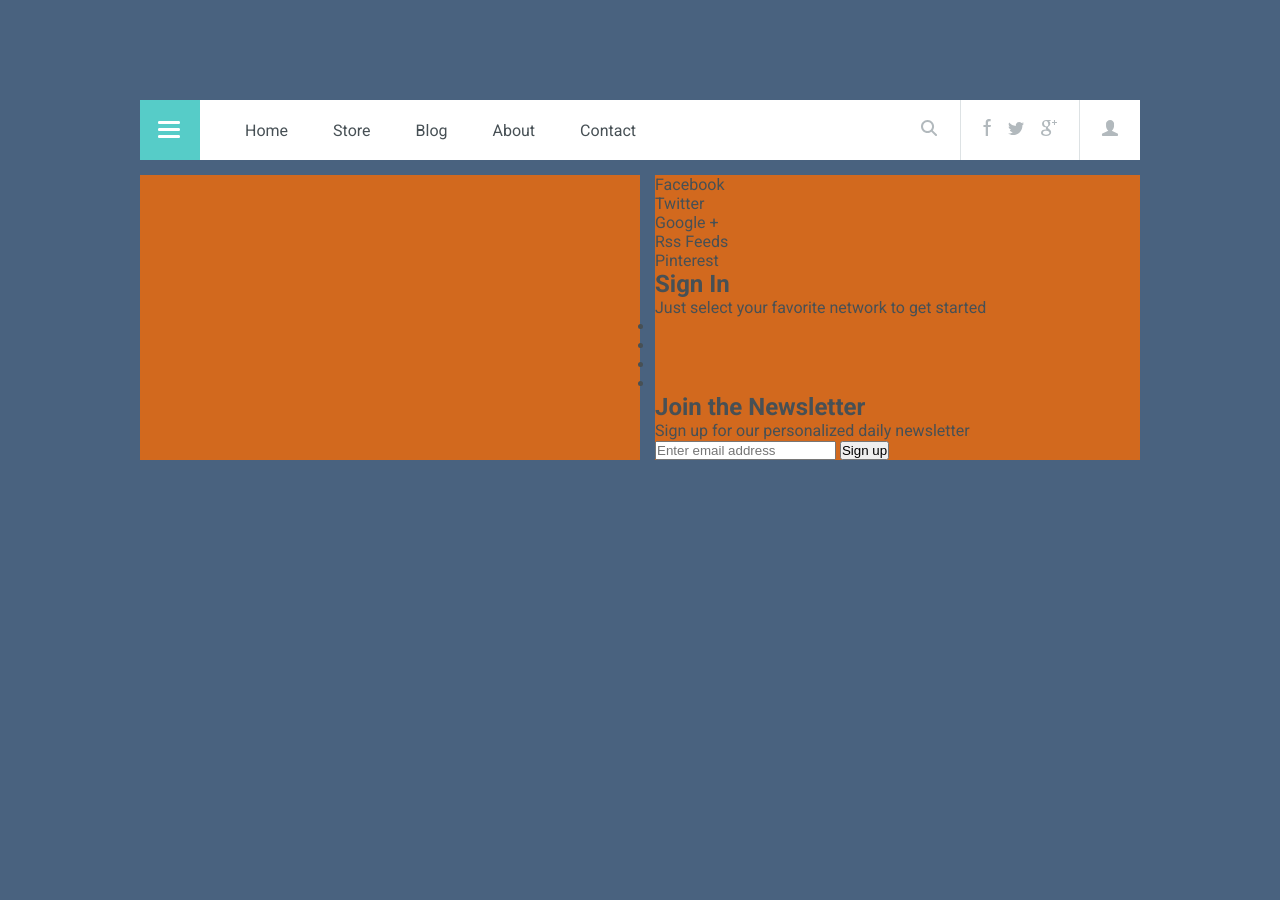
Repository: pawelczubak/WeeklyWebDevChallenge
Page: Challenge_4/index.html
The author's editor kept a copy of each file at every save. The page is drawn from the files as they stood at one save, then again after the next save.
The browser window is 1280 px wide. The pictures show the whole page.
Some web libraries are served in a nearby version.

Above is the page before, as saved 2020-04-27 19:58:23.

### Challenge_4/index.html
<!DOCTYPE html>
<html lang="en">

<head>
    <meta charset="UTF-8">
    <meta name="viewport" content="width=device-width, initial-scale=1.0">

    <title>Weekly WebDev Challenge - 4</title>

    <link href="https://fonts.googleapis.com/css2?family=Roboto:wght@300;400;700&display=swap" rel="stylesheet">
    <script src="https://kit.fontawesome.com/f64caa1a2c.js" crossorigin="anonymous"></script>

    <meta name="viewport" content="width = device-width, initial-scale=1, user-scalable=yes">
    <link rel="stylesheet" href="css/main.css">
</head>

<body>
    <div class="container">
        <!--  -----  NAVIGATION START  -----  -->
        <nav class="nav">
            <div class="nav-button">

                <svg xmlns="http://www.w3.org/2000/svg" xmlns:xlink="http://www.w3.org/1999/xlink" width="0.24in"
                    height="0.18in">
                    <path fill-rule="evenodd" fill="rgb(255, 255, 255)"
                        d="M20.653,17.008 L1.347,17.008 C0.603,17.008 -0.000,16.417 -0.000,15.690 L-0.000,15.372 C-0.000,14.644 0.603,14.055 1.347,14.055 L20.653,14.055 C21.397,14.055 22.000,14.644 22.000,15.372 L22.000,15.690 C22.000,16.417 21.397,17.008 20.653,17.008 ZM20.653,9.980 L1.347,9.980 C0.603,9.980 -0.000,9.390 -0.000,8.662 L-0.000,8.344 C-0.000,7.617 0.603,7.027 1.347,7.027 L20.653,7.027 C21.397,7.027 22.000,7.617 22.000,8.344 L22.000,8.662 C22.000,9.390 21.397,9.980 20.653,9.980 ZM20.653,2.952 L1.347,2.952 C0.603,2.952 -0.000,2.362 -0.000,1.635 L-0.000,1.317 C-0.000,0.589 0.603,-0.001 1.347,-0.001 L20.653,-0.001 C21.397,-0.001 22.000,0.589 22.000,1.317 L22.000,1.635 C22.000,2.362 21.397,2.952 20.653,2.952 Z" />
                </svg>

            </div>
            <ul class="nav-list">
                <li class="nav-list__item"><a href="#" class="nav-list__link">Home</a></li>
                <li class="nav-list__item"><a href="#" class="nav-list__link">Store</a></li>
                <li class="nav-list__item"><a href="#" class="nav-list__link">Blog</a></li>
                <li class="nav-list__item"><a href="#" class="nav-list__link">About</a></li>
                <li class="nav-list__item"><a href="#" class="nav-list__link">Contact</a></li>
            </ul>
            <div class="nav-icons">
                <div class="nav-icons__search">
                    <a href="#" class="nav-link__icon">
                        <svg xmlns="http://www.w3.org/2000/svg" xmlns:xlink="http://www.w3.org/1999/xlink"
                            width="0.18in" height="0.17in">
                            <path class="nav-icons__svg" fill-rule="evenodd" fill="rgb(178, 185, 189)"
                                d="M15.728,14.309 L11.786,10.388 C12.600,9.303 13.088,7.963 13.088,6.504 C13.088,2.908 10.157,-0.006 6.541,-0.006 C2.926,-0.006 -0.005,2.908 -0.005,6.504 C-0.005,10.100 2.926,13.014 6.541,13.014 C7.963,13.014 9.275,12.558 10.349,11.793 L14.304,15.726 C14.697,16.117 15.335,16.117 15.728,15.726 C16.121,15.335 16.121,14.700 15.728,14.309 ZM6.541,11.011 C4.038,11.011 2.009,8.994 2.009,6.504 C2.009,4.015 4.038,1.996 6.541,1.996 C9.044,1.996 11.073,4.015 11.073,6.504 C11.073,8.994 9.044,11.011 6.541,11.011 Z" />
                        </svg>
                    </a>
                </div>
                <ul class="nav-icons__social-list">
                    <li class="nav-icons__social-icons">
                        <a href="#" class="nav-link__icon">
                            <svg xmlns="http://www.w3.org/2000/svg" xmlns:xlink="http://www.w3.org/1999/xlink"
                                width="0.09in" height="0.18in">
                                <path class="nav-icons__svg" fill-rule="evenodd" fill="rgb(178, 185, 189)"
                                    d="M7.672,0.063 L6.069,0.063 C6.069,0.063 2.724,-0.188 2.724,3.338 C2.724,4.092 2.724,6.011 2.724,6.011 L0.453,6.011 L0.459,7.910 L2.723,7.910 L2.725,17.002 L5.000,17.002 L5.000,7.910 L7.507,7.910 L8.042,6.011 L5.013,6.011 L5.013,3.266 C5.013,3.266 4.988,2.341 6.072,2.341 L7.662,2.341 L7.672,0.063 Z" />
                            </svg>
                        </a>
                    </li>
                    <li class="nav-icons__social-icons">
                        <a href="#" class="nav-link__icon">
                            <svg xmlns="http://www.w3.org/2000/svg" xmlns:xlink="http://www.w3.org/1999/xlink"
                                width="0.17in" height="0.14in">
                                <path class="nav-icons__svg" fill-rule="evenodd" fill="rgb(178, 185, 189)"
                                    d="M16.027,1.547 C15.437,1.809 14.803,1.985 14.138,2.065 C14.817,1.659 15.338,1.015 15.584,0.250 C14.949,0.625 14.245,0.898 13.497,1.046 C12.897,0.408 12.043,0.009 11.097,0.009 C9.282,0.009 7.810,1.478 7.810,3.291 C7.810,3.547 7.839,3.799 7.895,4.039 C5.163,3.901 2.741,2.595 1.119,0.611 C0.837,1.095 0.674,1.658 0.674,2.259 C0.674,3.398 1.255,4.402 2.137,4.990 C1.598,4.974 1.091,4.825 0.648,4.579 C0.647,4.593 0.647,4.606 0.647,4.621 C0.647,6.211 1.781,7.537 3.285,7.838 C3.009,7.913 2.718,7.953 2.418,7.953 C2.207,7.953 2.000,7.933 1.800,7.894 C2.218,9.198 3.432,10.147 4.871,10.172 C3.746,11.053 2.328,11.578 0.788,11.578 C0.523,11.578 0.261,11.562 0.004,11.531 C1.459,12.462 3.187,13.006 5.043,13.006 C11.089,13.006 14.395,8.006 14.395,3.671 C14.395,3.529 14.393,3.387 14.387,3.246 C15.029,2.783 15.586,2.206 16.027,1.547 Z" />
                            </svg>
                        </a>
                    </li>
                    <li class="nav-icons__social-icons">
                        <a href="#" class="nav-link__icon">
                            <svg xmlns="http://www.w3.org/2000/svg" xmlns:xlink="http://www.w3.org/1999/xlink"
                                width="0.18in" height="0.18in">
                                <path class="nav-icons__svg" fill-rule="evenodd" fill="rgb(178, 185, 189)"
                                    d="M15.006,4.015 L15.006,5.999 L13.966,5.999 L13.966,4.015 L11.997,4.015 L11.997,3.013 L13.966,3.013 L13.966,0.971 L15.006,0.971 L15.006,3.013 L17.010,3.013 L17.010,4.015 L15.006,4.015 ZM8.900,2.055 C9.780,2.557 10.247,3.589 10.247,4.730 C10.247,5.777 9.666,6.620 8.845,7.259 C8.043,7.884 7.891,8.145 7.891,8.676 C7.891,9.129 8.849,9.803 9.290,10.132 C10.823,11.279 11.112,12.000 11.134,13.433 C11.162,15.338 9.199,17.001 6.054,17.001 C3.294,17.001 0.982,15.749 0.982,13.959 C0.982,11.258 2.897,10.385 5.657,10.385 C5.958,10.385 6.233,10.377 6.518,10.377 C6.141,10.013 5.836,9.697 5.836,9.144 C5.836,8.815 5.940,8.501 6.087,8.221 C5.938,8.231 5.785,8.241 5.627,8.241 C3.360,8.241 2.041,6.653 2.041,4.664 C2.041,2.715 4.050,0.969 6.459,0.969 C7.701,0.969 11.208,0.969 11.208,0.969 L10.147,2.055 L8.900,2.055 ZM6.121,11.642 C4.364,11.642 2.912,12.300 2.912,13.538 C2.912,14.799 4.207,15.828 5.999,15.828 C8.520,15.828 9.398,14.865 9.398,13.601 C9.398,13.449 9.394,13.295 9.341,13.156 C8.733,11.642 6.774,11.642 6.121,11.642 ZM8.249,4.923 C8.040,3.342 7.249,2.152 6.035,2.115 C4.820,2.079 3.755,3.182 3.966,4.764 C4.175,6.348 5.330,7.409 6.545,7.446 C7.760,7.481 8.458,6.507 8.249,4.923 Z" />
                            </svg>
                        </a>
                    </li>
                </ul>
                <div class="nav-icons__acount">
                    <a href="#" class="nav-link__icon">
                        <svg xmlns="http://www.w3.org/2000/svg" xmlns:xlink="http://www.w3.org/1999/xlink"
                            width="0.182in" height="0.18in">
                            <path class="nav-icons__svg" fill-rule="evenodd" fill="rgb(178, 185, 189)"
                                d="M15.993,17.030 L1.963,17.030 C1.394,17.030 0.932,16.569 0.932,15.999 L0.932,15.405 C0.932,14.535 1.963,14.374 1.963,14.374 L7.322,11.719 C5.880,10.561 5.056,8.283 5.056,7.156 L5.056,4.578 C5.056,2.871 6.903,0.969 9.181,0.969 C11.459,0.969 13.024,2.871 13.024,4.578 L13.024,7.156 C13.024,8.394 12.208,10.604 10.779,11.729 L15.993,14.374 C15.993,14.374 17.024,14.551 17.024,15.405 L17.024,15.999 C17.024,16.569 16.562,17.030 15.993,17.030 Z" />
                        </svg>
                    </a>
                </div>
            </div>
        </nav>

        <!--  -----  NAVIGATION END  -----  -->

        <!--  -----  MAIN START  -----  -->
        <main class="main">
            <!--  -----  MENU SECTION START  -----  -->
            <section class="menu-section"></section>
            <!--  -----  MENU SECTION END  -----  -->

            <!--  -----  SOCIAL SECTION START  -----  -->
            <section class="social-section">
                <article class="social-section__socials-container">
                    <ul class="socials-container__socials-list">
                        <li class="socials-container__socials-items">
                            <a href="#" class="socials-container__socials-link">Facebook</a>
                        </li>
                        <li class="socials-container__socials-items">
                            <a href="#" class="socials-container__socials-link">Twitter</a>
                        </li>
                        <li class="socials-container__socials-items">
                            <a href="#" class="socials-container__socials-link">Google +</a>
                        </li>
                        <li class="socials-container__socials-items">
                            <a href="#" class="socials-container__socials-link">Rss Feeds</a>
                        </li>
                        <li class="socials-container__socials-items">
                            <a href="#" class="socials-container__socials-link">Pinterest</a>
                        </li>
                    </ul>
                    <div class="socials-container__follow-items">
                        <div class="socials-container__facebook-widget"></div>
                        <div class="socials-container__twitter-widget"></div>
                    </div>
                </article>
                <article class="social-section__sign-in">
                    <h2 class="socials-container__header">Sign In</h2>
                    <p class="sign-in__paragraph">Just select your favorite network to get started</p>
                    <ul class="sign-in__list">
                        <li class="sign-in__item"><a href="#" class="sign-in__link"></a></li>
                        <li class="sign-in__item"><a href="#" class="sign-in__link"></a></li>
                        <li class="sign-in__item"><a href="#" class="sign-in__link"></a></li>
                        <li class="sign-in__item"><a href="#" class="sign-in__link"></a></li>
                    </ul>
                </article>
                <article class="social-section__newsletter">
                    <h2 class="socials-container__header">Join the Newsletter</h2>
                    <p class="newsletter__paragraph">Sign up for our personalized daily newsletter</p>
                    <form action="GET" class="newsletter__form">
                        <input placeholder="Enter email address" type="email" name="email" required
                            class="newsletter__input" autocomplete="off" />
                        <button class="newsletter__button" formenctype="multipart/form-data" type="submit">Sign
                            up</button>
                    </form>
                </article>
            </section>
            <!--  -----  SOCIAL SECTION END  -----  -->
        </main>
        <!--  -----  MAIN END  -----  -->


    </div>

    <script src="js/main.js" type="text/javascript"></script>
</body>

</html>

### Challenge_4/css/main.css
*,
*::after,
*::before {
    box-sizing: border-box;
    margin: 0;
    padding: 0;
}

/*------------------  GLOBAL START  ------------------*/
body {
    margin: 0;
    padding: 0;
    font: 16px 'Roboto', sans-serif;
    color: #475055;
    background-color: #49627f;
}

.container {
    max-width: 1000px;
    min-height: 700px;
    margin: 100px auto;
    overflow: hidden;
}

/*------------------  GLOBAL END  ------------------*/
/*------------------  NAV START  ------------------*/
.nav {
    position: relative;
    display: flex;
    justify-content: left;
    width: 100%;
    height: 60px;
    background-color: #ffffff;
    margin-bottom: 15px;
}

.nav-button {
    display: flex;
    align-items: center;
    justify-content: center;
    background-color: #56ccc8;
    width: 60px;
    cursor: pointer;
    pointer-events: none;
}

.nav-button:hover {
    background-color: #56ddd8;
}

.nav-list {
    display: flex;
    list-style: none;

}

.nav-list__item {
    padding-left: 45px;
    display: flex;
    align-items: center
}

.nav-list__link {
    text-decoration: none;
    color: #475055;
}

.nav-list__link:hover {
    color: #56ccc8;
}

.nav-icons {
    display: flex;
    align-items: center;
    margin-left: auto;
}

.nav-icons__search {
    width: 60px;
    display: flex;
    justify-content: center;
}

.nav-link__icon {}

.nav-icons__social-list {
    position: relative;
    display: flex;
    height: 100%;
    justify-content: space-around;
    align-items: center;
    width: 120px;
    padding: 0 15px;
}

.nav-icons__social-list::before,
.nav-icons__social-list::after {
    position: absolute;
    content: '';
    top: 0;
    height: 100%;
    width: 1px;
    background-color: #dde2e4;
}

.nav-icons__social-list::after {
    left: 0;
}

.nav-icons__social-list::before {
    right: 0;
}

.nav-icons__social-icons {
    list-style: none;
}

.nav-icons__acount {
    width: 60px;
    display: flex;
    justify-content: center;
}

.nav-link__icon:hover .nav-icons__svg {
    fill: #152840;
}

/*------------------  NAV END  ------------------*/
/*------------------  MAIN START  ------------------*/
.main {
    display: flex;
    width: 100%;
}

/*------------------  MENU SECTION START  ------------------*/
.menu-section {
    width: 50%;
    /*    !!!!!!!!!!  ONLY FOR TEST !!!!!! */
    min-heignt: 500px;
    background-color: chocolate;
}

/*------------------  MENU SECTION END  ------------------*/
/*------------------  SOCIAL SECTION START  ------------------*/
.social-section {
    width: calc(50% - 15px);
    margin-left: 15px;

    background-color: chocolate;

}

.social-section__socials-container {
    display: flex;
}

.socials-container__socials-list {
    list-style: none;
}

.socials-container__socials-items {}

.socials-container__socials-link {
    text-decoration: none;
    color: #475055;
}

/*------------------  SOCIAL SECTION END  ------------------*/

/*------------------  MAIN END  ------------------*/

/*------------------  MEDIAQUERY START  ------------------*/

@media screen and (max-width: 1024px) {
    .container {
        max-width: 95%;
    }
}

@media screen and (max-width: 800px) {
    .container {
        margin: 15px auto;
    }

    /*------------------  NAV START  ------------------*/
    .nav-button {
        pointer-events: all;
    }

    .nav-list {
        position: absolute;
        flex-direction: column;
        background-color: #ffffff;
        width: 50%;
        top: 60px;
        left: 0;
        height: 500px;
        justify-content: space-around;
        align-items: center;
        transform: translateX(-101%);
        transition: all 0.2s ease-in;
    }

    .nav-list__item {
        opacity: 0;
        padding: 0;
    }

    /*------------------  NAV END  ------------------*/
}

.nav-list--active {
    transform: translateX(0%);
}

/*------------------  MEDIAQUERY END  ------------------*/

/*------------------  ANIMATIONS  ------------------*/
@keyframes navLinkFade {
    from {
        opacity: 0;
        transform: translateX(-50px);
    }

    to {
        opacity: 1;
        transform: translateX(0px);
    }
}

### Challenge_4/js/main.js
const navSlide = () => {
    const burger = document.querySelector('.nav-button');
    const nav = document.querySelector('.nav-list');
    const navLinks = document.querySelectorAll('.nav-list__item');



    burger.addEventListener('click', () => {
        //Toggle nav
        nav.classList.toggle('nav-list--active');

        //Animate links
        navLinks.forEach((link, index) => {
            if (link.style.animation) {
                link.style.animation = ''
            } else {
                link.style.animation = `navLinkFade 0.5s ease forwards ${index / 7 + 0.2}s`;
            }

        });
    });


}

navSlide();

After the next save:
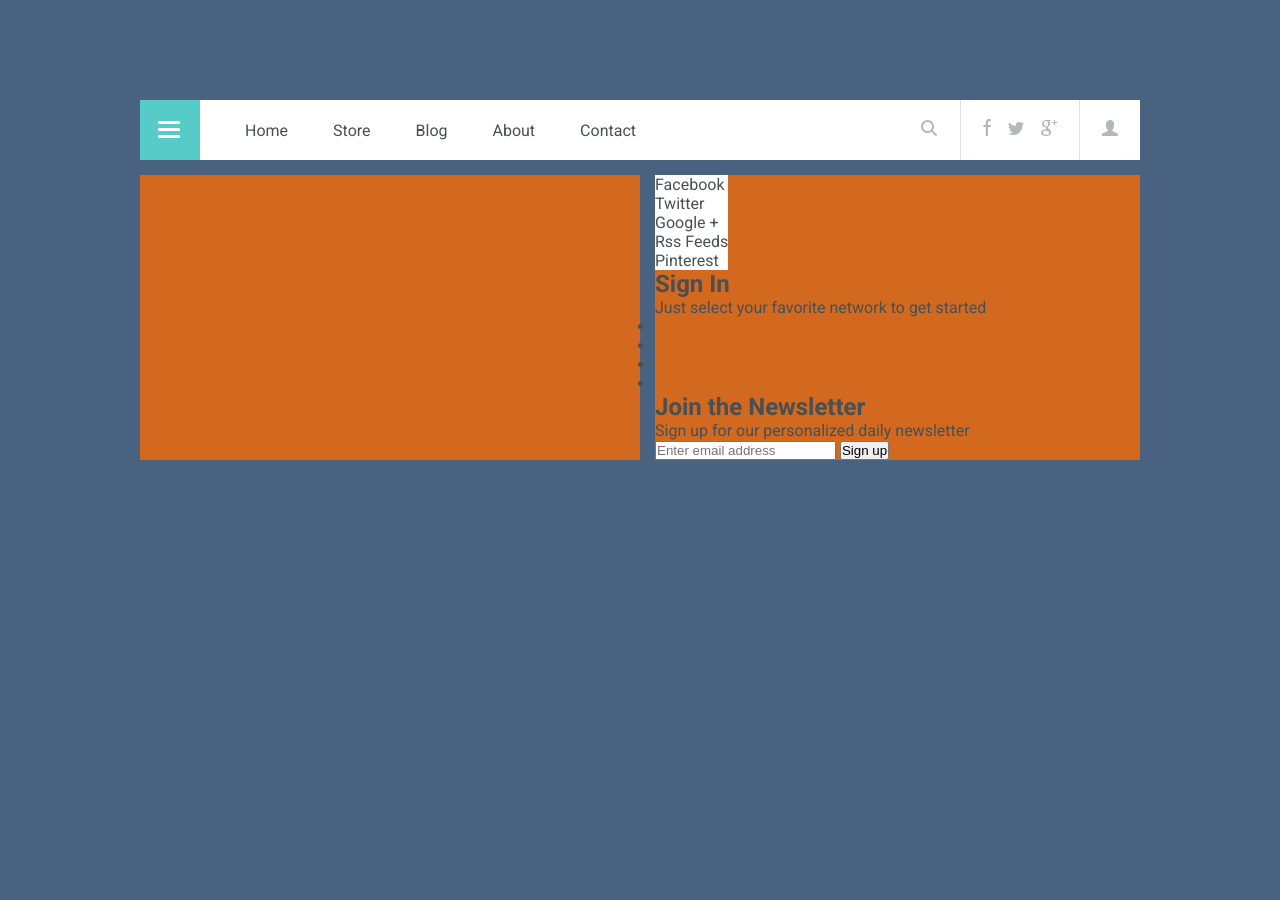
Saved 112 s later.
--- a/Challenge_4/css/main.css
+++ b/Challenge_4/css/main.css
@@ -156,6 +156,7 @@ body {
 
 .socials-container__socials-list {
     list-style: none;
+    background-color: #ffffff;
 }
 
 .socials-container__socials-items {}
